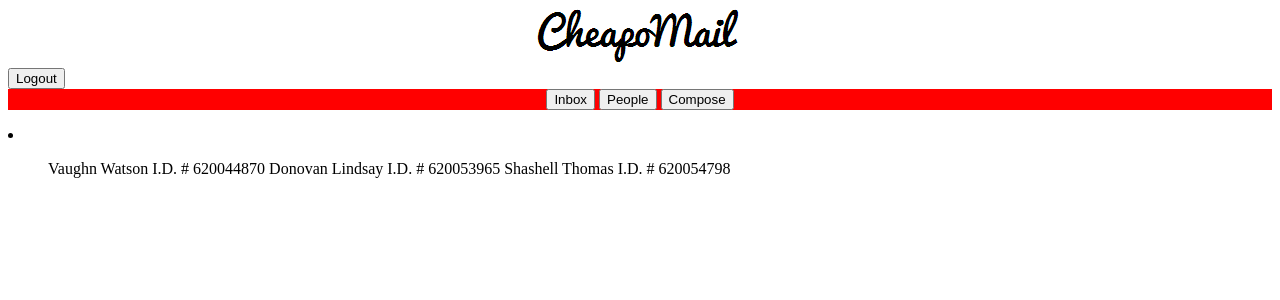
Repository: BobbyV/cheapomail
Page: homepage.html
The author's editor kept a record of every edit. The page is drawn from the files as they stood at one moment, then again after the next edit.
The browser window is 1280 px wide. The pictures show the whole page.

Above is the page before.

### homepage.html
<!DOCTYPE html>
<html>
    <head>
        <title>Cheapomail</title>
        <link rel="stylesheet" href="homepage.css" type="text/css" />
        <script type="text/javascript" src="homepage.js"></script>
    </head>

    <body>
        <center><img src="mail.png"><br></center>
        <a href="index.html">
          <button id="logout"><div class= "menu_options">Logout</div></button>
        </a>
        <div id = "menu">
          <center>
            <!-- <button class="dobutton" id="Compose" ><div class= "menu_options">Compose</div></button> -->
            <button class="dobutton" id="Inbox" onclick="open_inbox()"><div class= "menu_options">Inbox</div></button>
            <button class="dobutton" id="People"><div class= "menu_options">People</div></button>
            <button onclick="startComp()">Compose</button>
          </center>
        </div>
        <div id="show" style="display:none">
          <form ng-show="adding" class="add-window" ng-submit="addItem()">
            <div class='header'>Compose a message</div>
            <div class='inner'>
              <div>
                <label>To: </label>
                <input type="text" ng-model="newItem.name" required>
              </div>
              <div>
                <label>Cc: </label>
                <input type="text" ng-model="newItem.publisher" required>
              </div>
              <div>
                <label>Message: </label>
                <textarea ng-model="newItem.description"></textarea>
              </div>
              <div class='button-bar'>
                <input type="submit" value="Send">
                <input type="reset" value="Cancel" onclick="stopComp()">
              </div>
            </div>
          </form>
        </div>
        <div id="open" class="notification-container" style="display:none">
          <div class="value unread">
            <h3 class="msgtitle">
                Kerry Williams
            </h3>
            <p class="subject">
              He dude wats happening?
            </p>
          </div>
        </div>
      </div>
      <p>
        <li>
          <ul>
            Vaughn Watson I.D. # 620044870
            Donovan Lindsay I.D. # 620053965
            Shashell Thomas I.D. # 620054798
          </ul>
        </li>
      </p>
    </body>
</html>

### homepage.css
.add-window {
  min-width: 350px;
  position: fixed;
  bottom: 0px;
  right: 10px;
  border: 1px solid black;
  background-color: white;
}

.add-window .header {
  background-color: #333;
  color: white;
}

.add-window div {
  padding: 5px 20px;
}

.description {
  margin: 10px 0;
}

label {
  display: inline-block;
  width: 100px;
  text-align: right;
  vertical-align: top;
}

.button-bar {
  text-align: right;
}

input[type=text] {
  width: 200px;
}

textarea {
  width: 200px;
  height: 100px;
}

.notification-container {
background-color: grey;
height: 400px;
width: 700px;
margin: auto;
/*margin-top: 180px;*/
}

.value {
border: 2px red solid;
}

.image{
  margin-left:auto;
  margin-right:auto;

}

div#menu {
  margin: auto;
  background-color:red;
}

### homepage.js
function startComp()
{
    document.getElementById('show').style.display = "block";
}

function stopComp()
{
    document.getElementById('show').style.display = "none";
}

function open_inbox()
{
    document.getElementById('open').style.display = "block";
}

After the next edit:
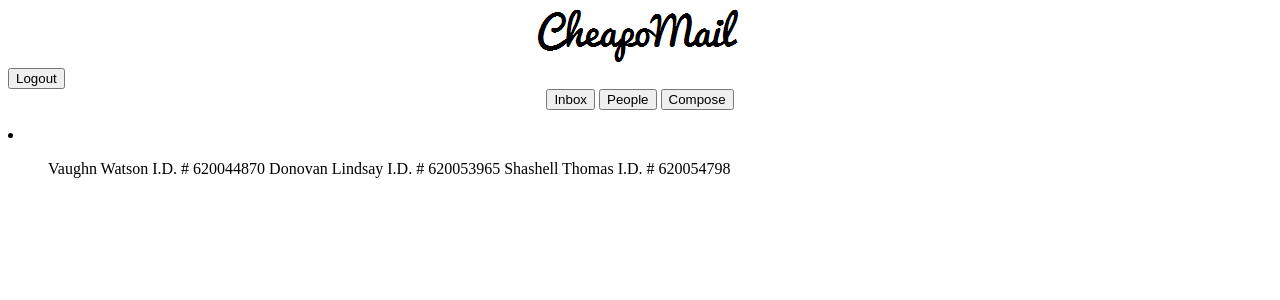
The edit:
--- a/homepage.css
+++ b/homepage.css
@@ -52,10 +52,6 @@
 border: 2px red solid;
 }
 
-.image{
-  margin-left:auto;
-  margin-right:auto;
-
 }
 
 div#menu {
